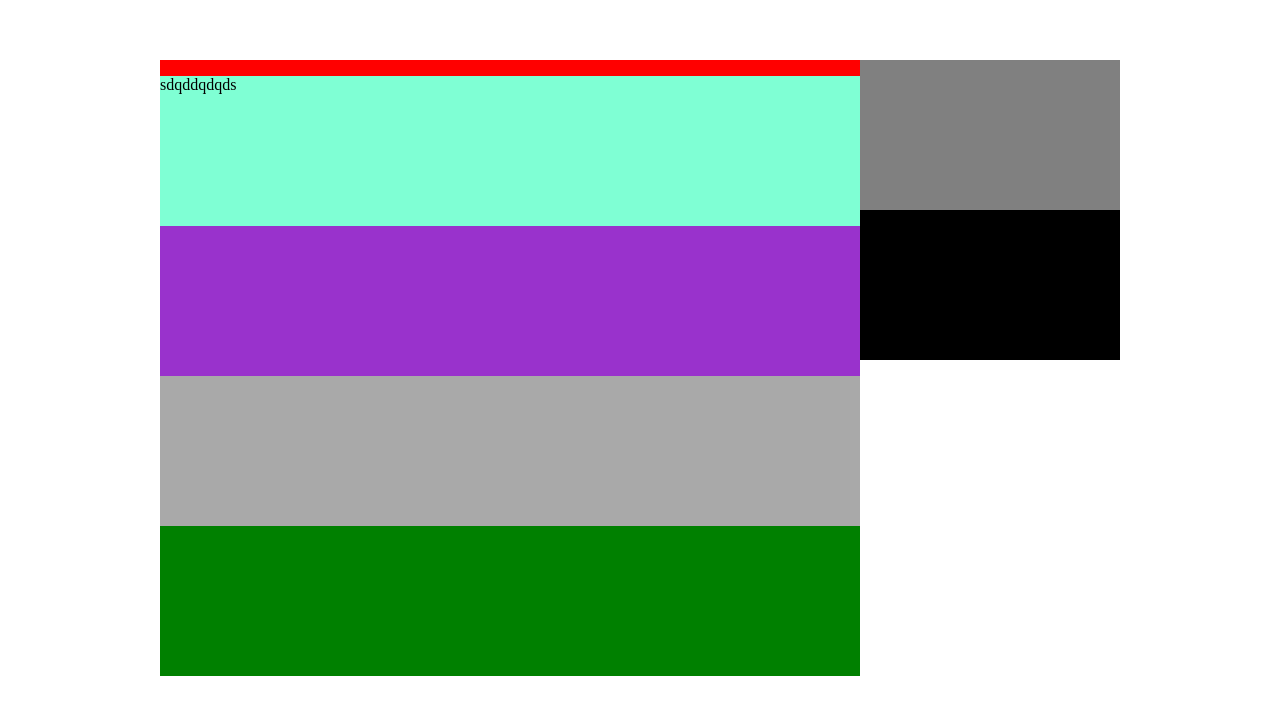
Repository: Luc010/Exercices
Page: HTML CSS/cours/float3.html
These files come from the project's save history. The page is drawn as it stood at one moment and after the next save; the edit follows.
The browser window is 1280 px wide. The pictures show the whole page.

Above is the page before, as saved 2019-09-05 11:33:27.

### HTML CSS/cours/float3.html
<!DOCTYPE html>
<html lang="en">
<head>
    <meta charset="UTF-8">
    <meta name="viewport" content="width=device-width, initial-scale=1.0">
    <meta http-equiv="X-UA-Compatible" content="ie=edge">
    <title>Document</title>
    <style>
        body {
            margin: 0;
        }

        .container {
            width: 960px;
            height: 600px;
            margin-left: auto;
            margin-right: auto;
            margin-top: 60px
        }

        .col {
            height: 600px;
            width: 700px;
            float: left;
            background-color: red;
        }
        .col2 {
            height: 600px;
            width: 260px;
            float: right;
        }
        .bloc,.bloc2,.bloc3,.bloc4,.bloc5,.bloc6{
            height: 150px;
        }
        .bloc{
            background-color: aquamarine;
        }
        .bloc2{
            background-color: darkorchid;
        }
        .bloc3{
            background-color: darkgrey;
        }
        .bloc4{
            background-color: green;
        }
        .bloc5{
            background-color: grey;
        }
        .bloc6{
            background-color: black;
        }
    </style>
</head>
<body>
    <div class="container">
        <div class="col">
            <div class="bloc">

                <p>sdqddqdqds</p>
            </div>
            <div class="bloc2">

            </div>
            <div class="bloc3">

            </div>
            <div class="bloc4">

            </div>
        </div>
        <div class="col2">
            <div class="bloc5">

            </div>
            <div class="bloc6">

            </div>
        </div>
    </div>
</body>
</html>

After the next save:
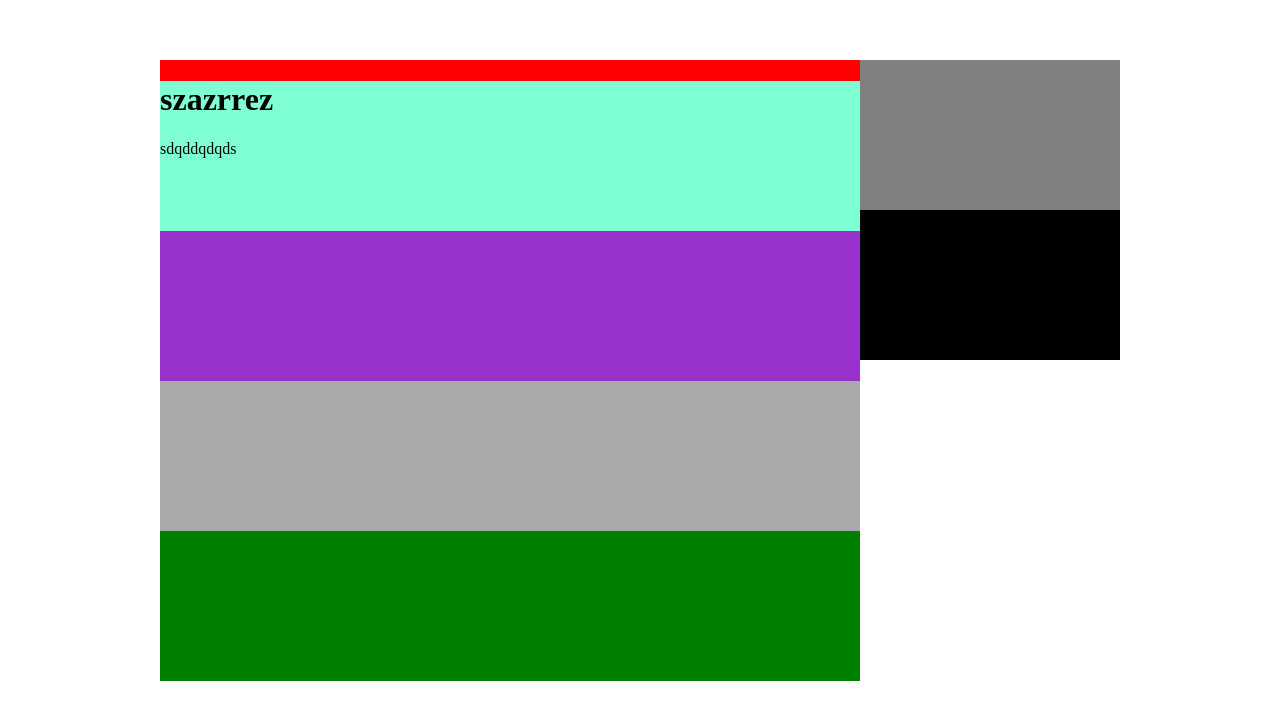
Saved 4 s later.
--- a/HTML CSS/cours/float3.html
+++ b/HTML CSS/cours/float3.html
@@ -56,7 +56,7 @@
     <div class="container">
         <div class="col">
             <div class="bloc">
-
+                <h1>szazrrez</h1>
                 <p>sdqddqdqds</p>
             </div>
             <div class="bloc2">
